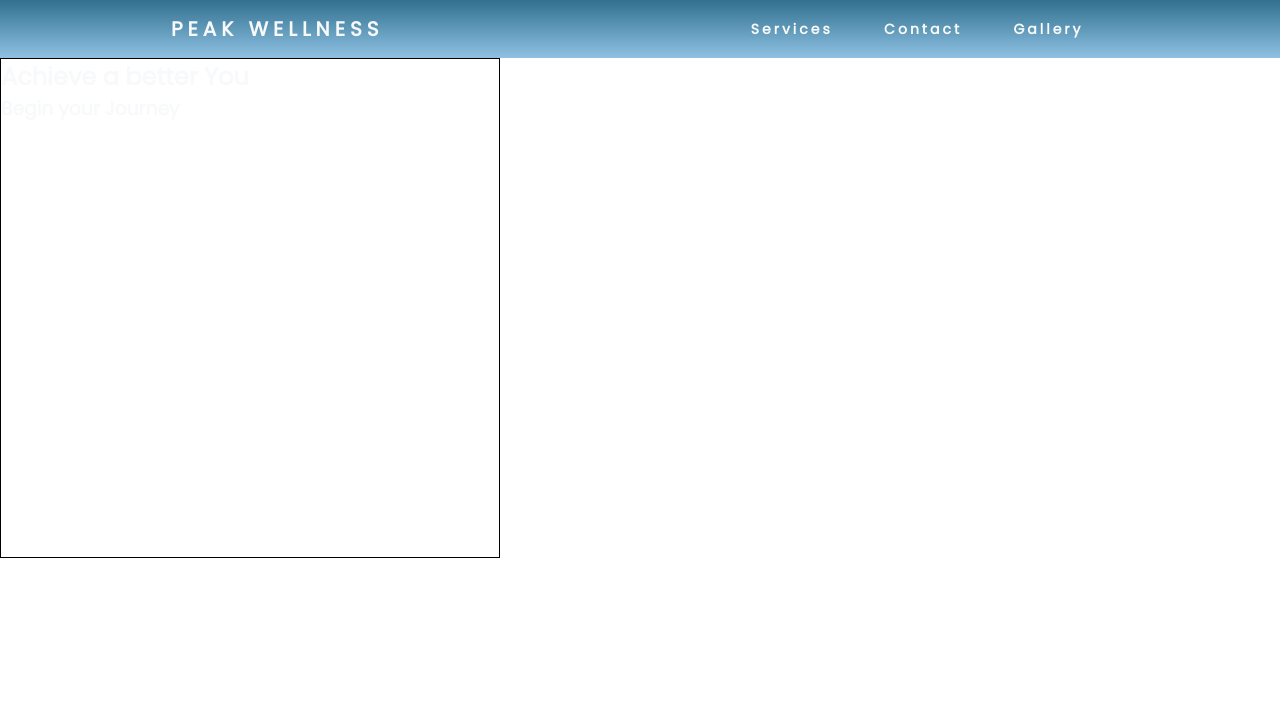
Repository: geminerald/peakwellness
Page: index.html
The author's editor kept a record of every edit. The page is drawn from the files as they stood at one moment, then again after the next edit.
The browser window is 1280 px wide. The pictures show the whole page.

Above is the page before.
Not found: assets/images/home-bg.jpg

### index.html
<!DOCTYPE html>
<html lang="en">

<head>
    <meta charset="UTF-8">
    <meta name="viewport" content="width=device-width, initial-scale=1.0, maximum-scale=1.0, user-scalable=0">
    <meta http-equiv="X-UA-Compatible" content="ie=edge">
    <link rel="stylesheet" href="assets/style.css" type="text/css" />
    <link href="https://fonts.googleapis.com/css?family=Poppins&display=swap" rel="stylesheet">
    <title>Peak Wellness</title>
    <link rel="icon" href="./images/peak-icon.png">
</head>

<body>
    <nav>
        <div class="logo">
            <h4><a href="index.html">Peak Wellness</h4></a>
        </div>
        <ul class="nav-links">
            <li>
                <a href="#">Services</a>
            </li>
            <li>
                <a href="#">Contact</a>
            </li>
            <li>
                <a href="#">Gallery</a>
            </li>

        </ul>
        <div class="burger">
            <div class="line1"></div>
            <div class="line2"></div>
            <div class="line3"></div>
        </div>
    </nav>
    <section>
        <div class="home-container">
            <h2>Achieve a better You</h2>
            <a><h3>Begin your Journey</h3></a>
        </div>
    </section>
    <footer>

    </footer>
    <script src="./assets/nav.js"></script>
</body>

</html>

### assets/style.css
* {
    margin: 0;
    padding: 0;
    box-sizing: border-box;
}

body {
    font-family: 'Poppins', sans-serif;
    color: #f7f9fb;
}

a {
    text-decoration: none;
    color: #f7f9fb;
}

/*----------------------------------------------------------------Colours

Grey/Green: #687864
Dark Blue: #31708e
Medium Blue: #5085a5
Light Blue: #8fc1e3
White: #f7f9fb

Colours from: https://visme.co/blog/website-color-schemes/

*/

/*----------------------------------------------------------------Nav*/

/*Nav Elements inspired by Dev Ed:

https://www.youtube.com/watch?v=gXkqy0b4M5g

*/

nav {
    display: flex;
    justify-content: space-around;
    align-items: center;
    min-height: 8vh;
    background: linear-gradient(180deg, #31708E 0%, #8FC1E3 100%);

}

.logo {
    color: #fafafa;
    text-transform: uppercase;
    letter-spacing: 5px;
    font-size: 20px;

}

.nav-links {
    display: flex;
    width: 30%;
    justify-content: space-around;

}

.nav-links li {
    list-style: none;
}

.nav-links a {
    color: #fafafa;
    text-decoration: none;
    letter-spacing: 3px;
    font-weight: bold;
    font-size: 14px;

}

.burger {
    display: none;
    cursor: pointer;
}

.burger div {
    width: 25px;
    height: 3px;
    background-color: #fafafa;
    margin: 5px;
    transition: all 0.3s ease;

}

@media screen and (max-width:1068px) {
    .nav-links {
        width: 50%;
    }
}

@media screen and (max-width:768px) {
    body {
        overflow-x: hidden;
    }

    .nav-links {
        position: absolute;
        ;
        right: 0px;
        height: 92vh;
        top: 8vh;
        background: linear-gradient(180deg, #31708E 0%, #8FC1E3 100%);
        display: flex;
        flex-direction: column;
        align-items: center;
        width: 75%;
        transform: translateX(100%);
        transition: transform 0.5s ease-in;
    }
    .nav-links li {
        opacity: 0;
    }
    .burger {
        display: block;
    }
}

.nav-active {
    transform: translateX(0%);
}

@keyframes navLinkFade {
    from {
        opacity: 0;
        transform: translateX(50px);
    }
    to {
        opacity: 1;
        transform: translateX(0px);
    }
}

.toggle .line1 {
    transform: rotate(-45deg) translate(-5px, 6px);
}

.toggle .line2 {
    opacity: 0;
}

.toggle .line3 {
    transform: rotate(45deg) translate(-5px, -6px);
}

/*----------------------------------------------------------------Nav*/

/*----------------------------------------------------------------Home*/

.home-container {
    height:500px;
    width:500px;
    background-image: url("images/home-bg.jpg");
    border: 1px solid black;
}

/*----------------------------------------------------------------Home*/

/*----------------------------------------------------------------Footer*/

/*----------------------------------------------------------------Footer*/

### assets/nav.js
const navSlide = () => {
    const burger = document.querySelector('.burger');
    const nav = document.querySelector('.nav-links');
    const navLinks = document.querySelectorAll('.nav-links li');

    burger.addEventListener('click', () => {
        nav.classList.toggle('nav-active');
        navLinks.forEach((link, index) => {
            if (link.style.animation) {
                link.style.animation = '';
            } else {
                link.style.animation = `navLinkFade 0.5s ease forwards ${index/7 + 1}s`;
            }
        });
        burger.classList.toggle('toggle');
    });
}

navSlide();

After the next edit:
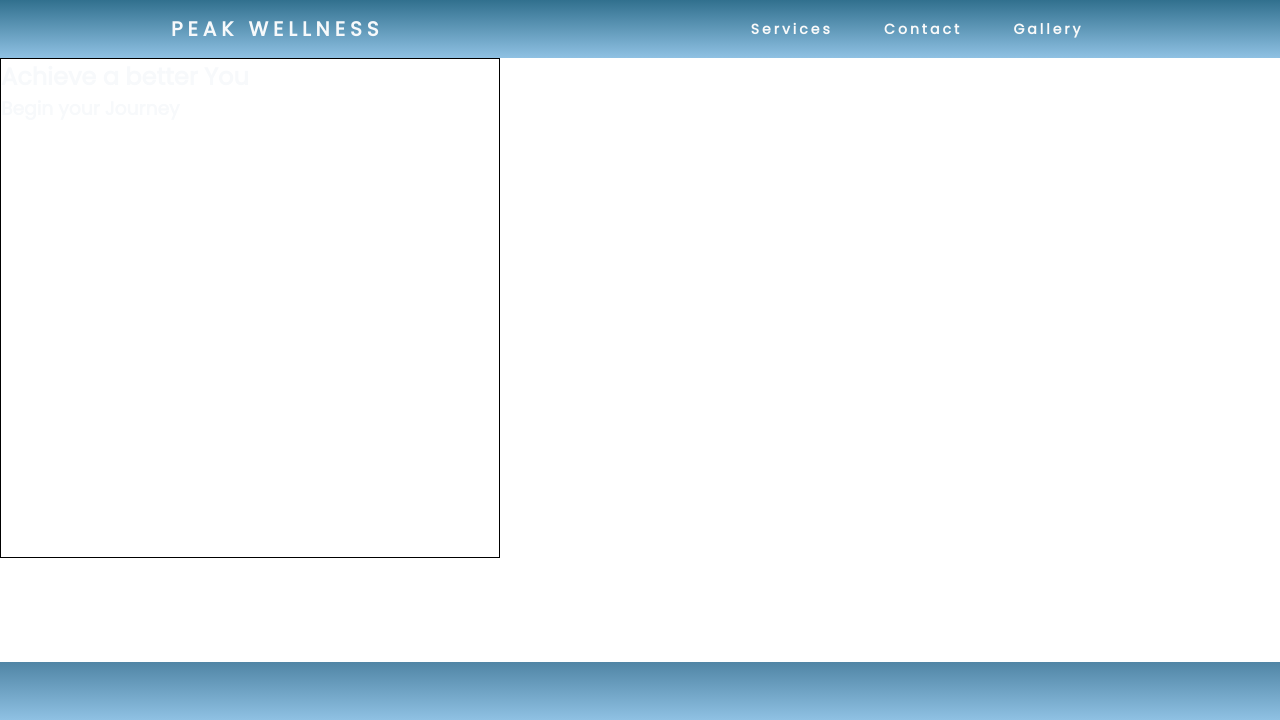
The edit:
--- a/assets/style.css
+++ b/assets/style.css
@@ -160,4 +160,12 @@
 
 /*----------------------------------------------------------------Footer*/
 
+footer{
+    height:8vh;
+    width:100%;
+    position:absolute;
+    bottom:0;
+    background: linear-gradient(180deg, #5085A5 0%, #8FC1E3 100%);
+}
+
 /*----------------------------------------------------------------Footer*/
